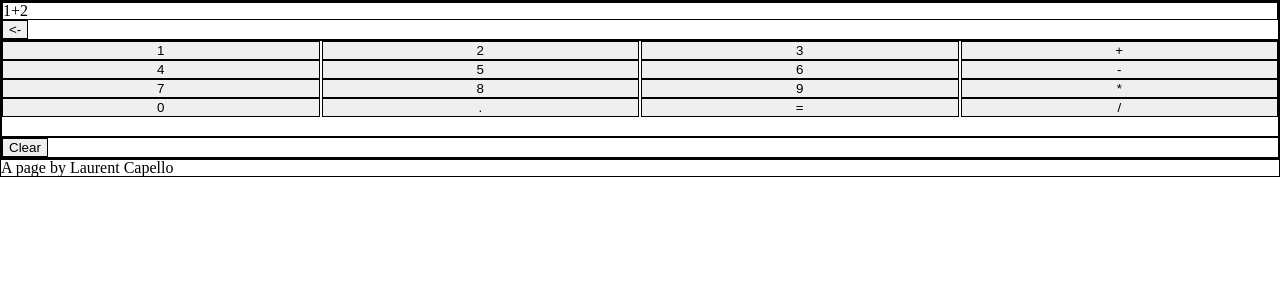
Repository: sokafootball/js-calculator
Page: index.html
The author's editor kept a copy of each file at every save. The page is drawn from the files as they stood at one save, then again after the next save.
The browser window is 1280 px wide. The pictures show the whole page.

Above is the page before, as saved 2020-04-25 11:15:43.

After the next save:
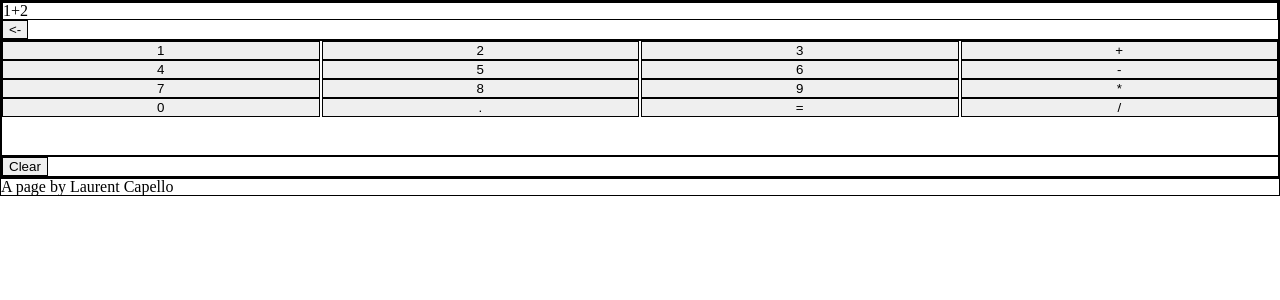
Saved 16 s later.
--- a/style.css
+++ b/style.css
@@ -2,5 +2,5 @@
   column-gap: 2px;
   display: grid;
   grid-template-columns: repeat(3, 1fr) [num-col-end] 1fr;
-  grid-template-rows: 1fr [num-row-start] repeat(3, 1fr) [num-row-end] 1fr
+  grid-template-rows: 1fr [num-row-start] repeat(4, 1fr) [num-row-end] 1fr
 }
